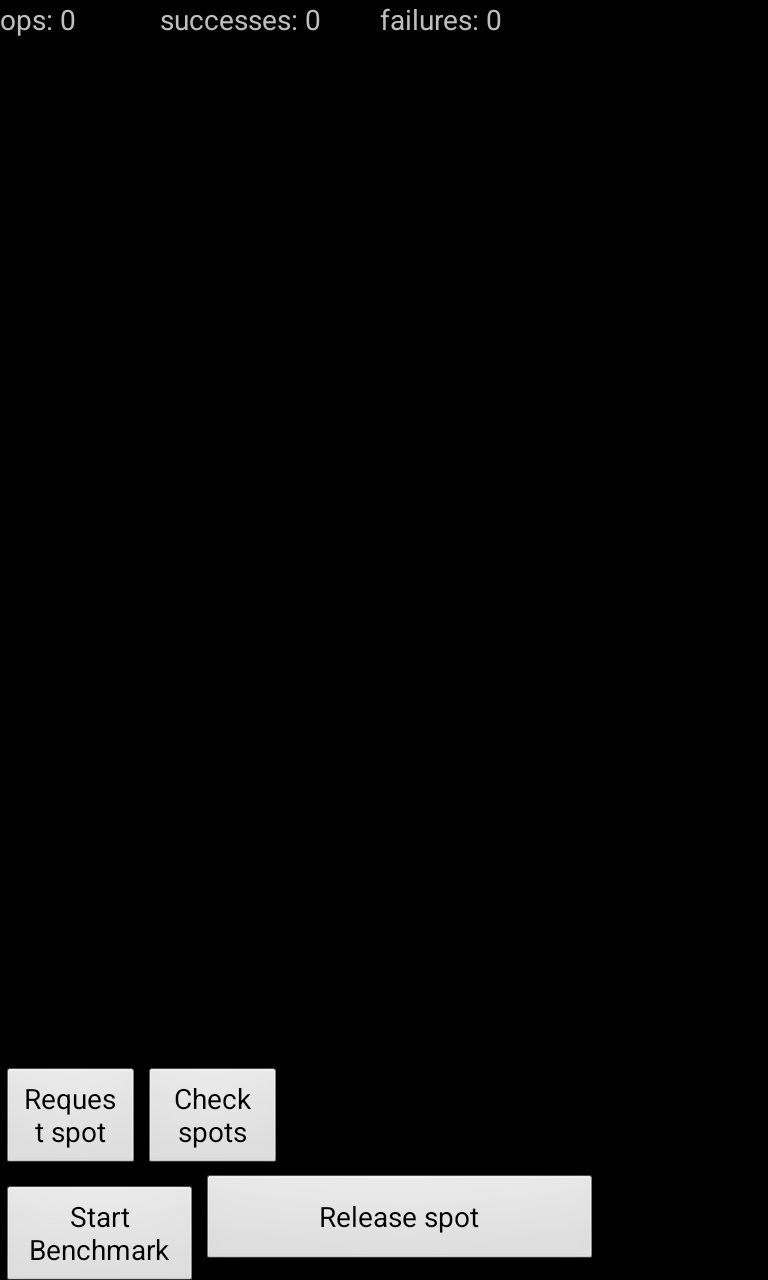
Repository: jasongao/csmcode
Layout: current/workspace/SMCloud/res/layout/main.xml
These files come from the project's save history. The layout is drawn as it stood at one moment and after the next save; the edit follows.
It is drawn on a 768 x 1280 px phone screen (xhdpi) without system bars, with theme android:Theme; the app's code is not run. Lists and similar views that code fills are empty.

Above is the layout before, as saved 2011-07-14 16:13:44.

After the next save:
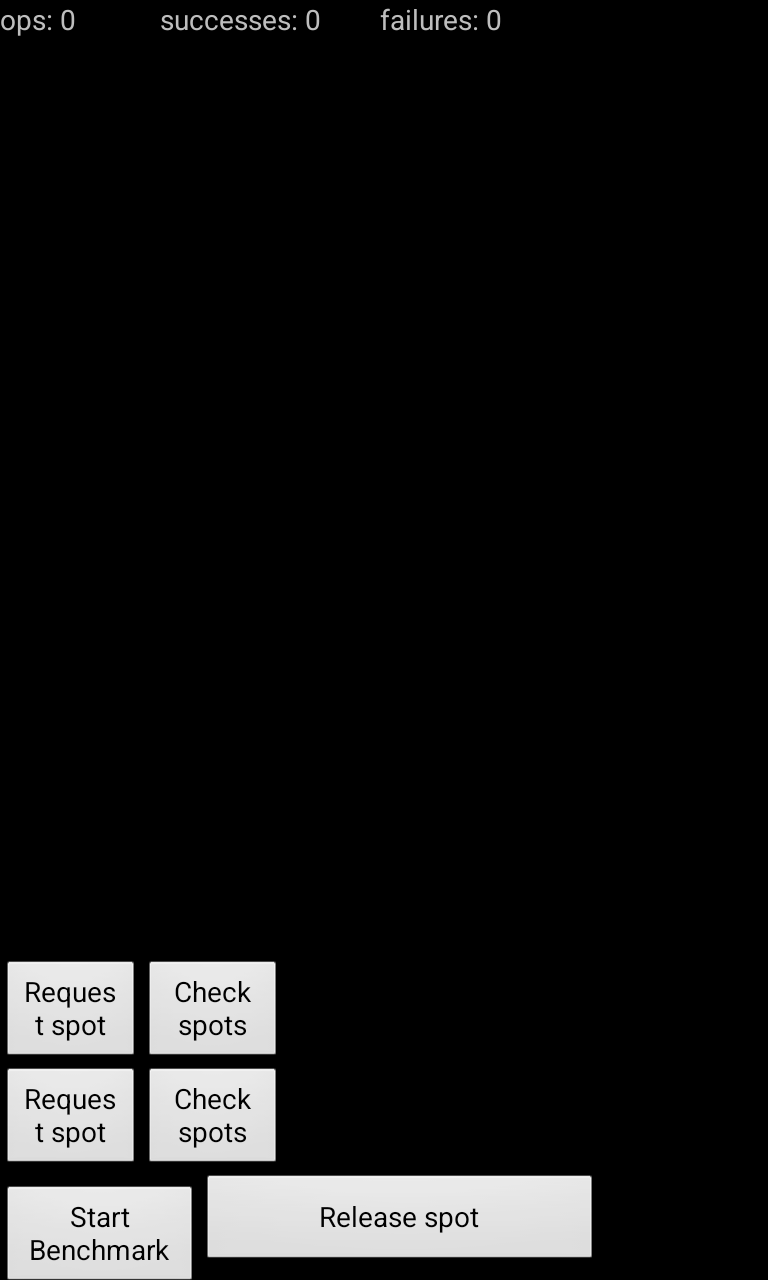
Saved 49 s later.
--- a/current/workspace/SMCloud/res/layout/main.xml
+++ b/current/workspace/SMCloud/res/layout/main.xml
@@ -32,6 +32,16 @@
 		android:orientation="horizontal" android:layout_height="wrap_content"
 		android:id="@+id/RequestLayout">
 		<Button android:layout_height="wrap_content"
+			android:layout_width="71dip" android:text="Request spot"
+			android:id="@+id/requestparking_button"></Button>
+		<Button android:layout_height="wrap_content"
+			android:layout_width="71dip" android:text="Check spots" android:id="@+id/readparking_button"></Button>
+	</LinearLayout>
+
+	<LinearLayout android:layout_width="fill_parent"
+		android:orientation="horizontal" android:layout_height="wrap_content"
+		android:id="@+id/RequestLayout">
+		<Button android:layout_height="wrap_content"
 			android:layout_width="100dip" android:text="Start Benchmark"
 			android:id="@+id/testcsm_button"></Button>
 		<Button android:layout_height="wrap_content"
